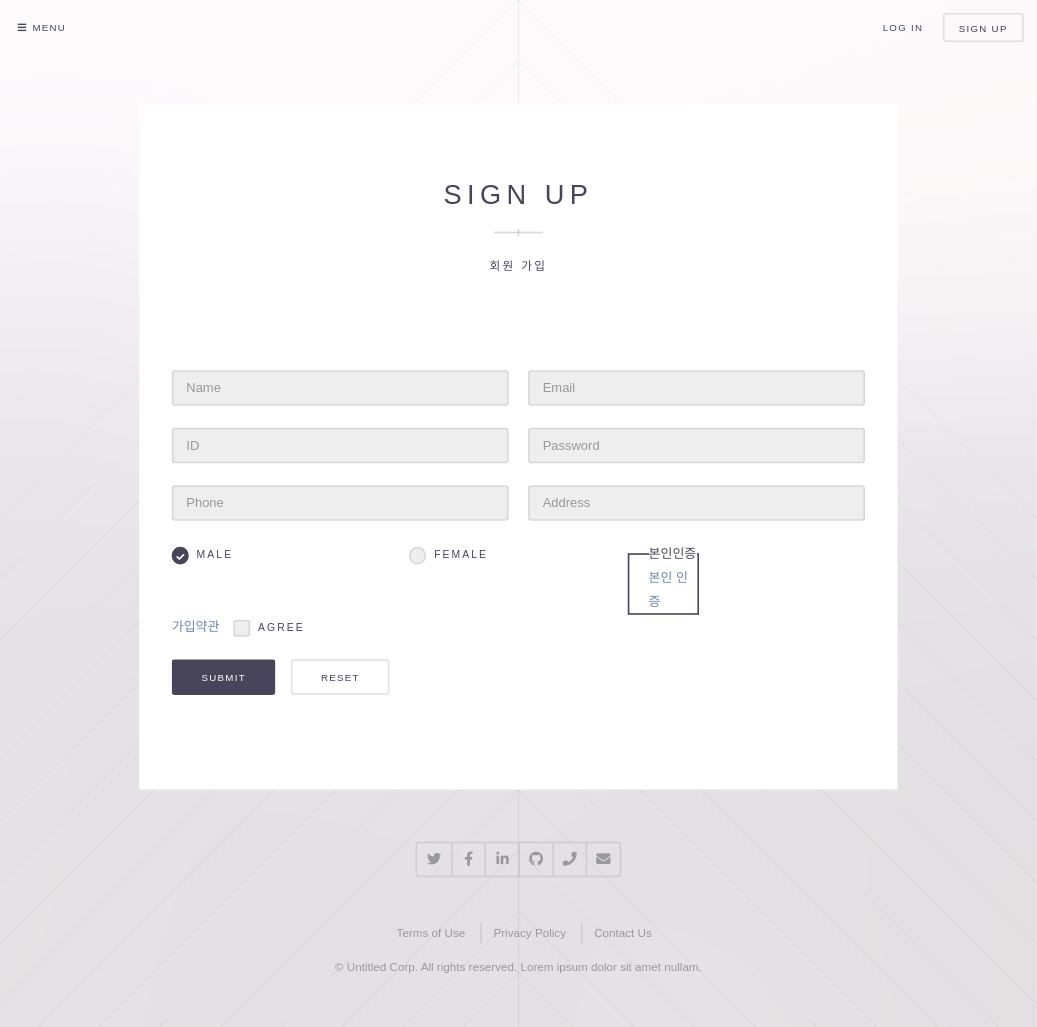
Repository: WKMoon/JavaScript-Project
Page: myFront/WebContent/signup.html
The author's editor kept a copy of each file at every save. The page is drawn from the files as they stood at one save, then again after the next save.
The browser window is 1280 px wide. The pictures show the whole page, at 81% of full size.
Some web fonts or font styles are not loaded; a fallback is used.

Above is the page before, as saved 2021-03-01 22:49:47.

### myFront/WebContent/signup.html
<!DOCTYPE html>
<html>
<head>
<meta charset="UTF-8">
<meta name="viewport" content="width=device-width, initial-scale=1, user-scalable=no" />
<link rel="stylesheet" href="assets/css/main.css" />
<title>Sign Up</title>
</head>
	<body class="is-preload">

		<!-- Header -->
			<header id="header">
				<a href="#menu">Menu</a>
				<a href="login.html">Log In</a>
				<a href="signup.html" class="button">Sign Up</a>
			</header>

		<!-- Nav -->
			<nav id="menu">
				<ul class="links">
					<li><a href="index.html">Home</a></li>
<!-- 					<li><a href="generic.html">Generic</a></li>
					<li><a href="elements.html">Elements</a></li> -->
				</ul>
				<ul class="actions stacked">
					<li><a href="login.html" class="button primary fit">Log In</a></li>
					<li><a href="signup.html" class="button fit">Sign Up</a></li>
				</ul>
			</nav>


		<!-- Main -->
			<section id="main" class="wrapper style1">
				<div class="inner">

					<!-- Title -->
						<header class="major special">
							<h1>Sign Up</h1>
							<p>회원 가입</p>
						</header>

					<!-- Content -->
						<div class="content">
							<form method="post" action="#">
											<div class="row">
												<div class="col-6 col-12-xsmall">
													<input type="text" name="name" id="name" value="" placeholder="Name" />
												</div>
												<div class="col-6 col-12-xsmall">
													<input type="email" name="email" id="email" value="" placeholder="Email" />
												</div>

												<div class="col-6 col-12-xsmall">
													<input type="text" name="id" id="id" value="" placeholder="ID" />
												</div>

												<div class="col-6 col-12-xsmall">
													<input type="password" name="pw" id="pw" value="" placeholder="Password" />
												</div>

												<div class="col-6 col-12-xsmall">
													<input type="text" name="pn" id="pn" value="" placeholder="Phone" />
												</div>

												<div class="col-6 col-12-xsmall">
													<input type="text" name="addr" id="addr" value="" placeholder="Address" />
												</div>

												<!-- Break -->
												<div class="col-4 col-12-small">
													<input type="radio" id="priority-low" name="priority" checked>
													<label for="priority-low">Male</label>
												</div>
												<div class="col-4 col-12-small">
													<input type="radio" id="priority-normal" name="priority">
													<label for="priority-normal">Female</label>
												</div>
												<!-- Break -->
												<fieldset style="border:2px solid; width:10%;">
												<legend>본인인증</legend>

												<div>
													<a href="identification.html"style="text-decoration: none;">본인 인증</a>
												</div>
												</fieldset>


												<div class="col-6 col-12-small">
													<a href="agreement.html"style="text-decoration: none;">가입약관</a>
													<input type="checkbox" id="agree" name="agree">
													<label for="agree" style="margin-left:3%">Agree</label>
												</div>
												<!-- Break -->

												<!-- Break -->
												<div class="col-12">
													<ul class="actions">
														<li><input type="submit" value="Submit" class="primary" /></li>
														<li><input type="reset" value="Reset" /></li>
													</ul>
												</div>
											</div>
										</form>
						</div>

				</div>
			</section>

		<!-- Footer -->
			<footer id="footer">
				<ul class="alt-icons">
					<li><a href="#" class="icon brands fa-twitter"><span class="label">Twitter</span></a></li>
					<li><a href="#" class="icon brands fa-facebook-f"><span class="label">Facebook</span></a></li>
					<li><a href="#" class="icon brands fa-linkedin-in"><span class="label">LinkedIn</span></a></li>
					<li><a href="#" class="icon brands fa-github"><span class="label">GitHub</span></a></li>
					<li><a href="#" class="icon solid fa-phone"><span class="label">Phone</span></a></li>
					<li><a href="#" class="icon solid fa-envelope"><span class="label">Email</span></a></li>
				</ul>
				<ul class="menu">
					<li><a href="#">Terms of Use</a></li>
					<li><a href="#">Privacy Policy</a></li>
					<li><a href="#">Contact Us</a></li>
				</ul>
				<p class="copyright">
					&copy; Untitled Corp. All rights reserved. Lorem ipsum dolor sit amet nullam.
				</p>
			</footer>

		<!-- Scripts -->
			<script src="assets/js/jquery.min.js"></script>
			<script src="assets/js/jquery.scrolly.min.js"></script>
			<script src="assets/js/jquery.scrollex.min.js"></script>
			<script src="assets/js/browser.min.js"></script>
			<script src="assets/js/breakpoints.min.js"></script>
			<script src="assets/js/util.js"></script>
			<script src="assets/js/main.js"></script>

	</body>
</html>

Loaded but not shown: myFront/WebContent/assets/js/jquery.min.js (library); myFront/WebContent/assets/js/jquery.scrolly.min.js (common file); myFront/WebContent/assets/js/jquery.scrollex.min.js (common file); myFront/WebContent/assets/js/browser.min.js (common file); myFront/WebContent/assets/js/breakpoints.min.js (common file); myFront/WebContent/assets/css/fontawesome-all.min.css (library); myFront/WebContent/assets/js/util.js (587 lines, source omitted); myFront/WebContent/assets/js/main.js (57 lines, source omitted); myFront/WebContent/assets/css/main.css (4487 lines, source omitted)

After the next save:
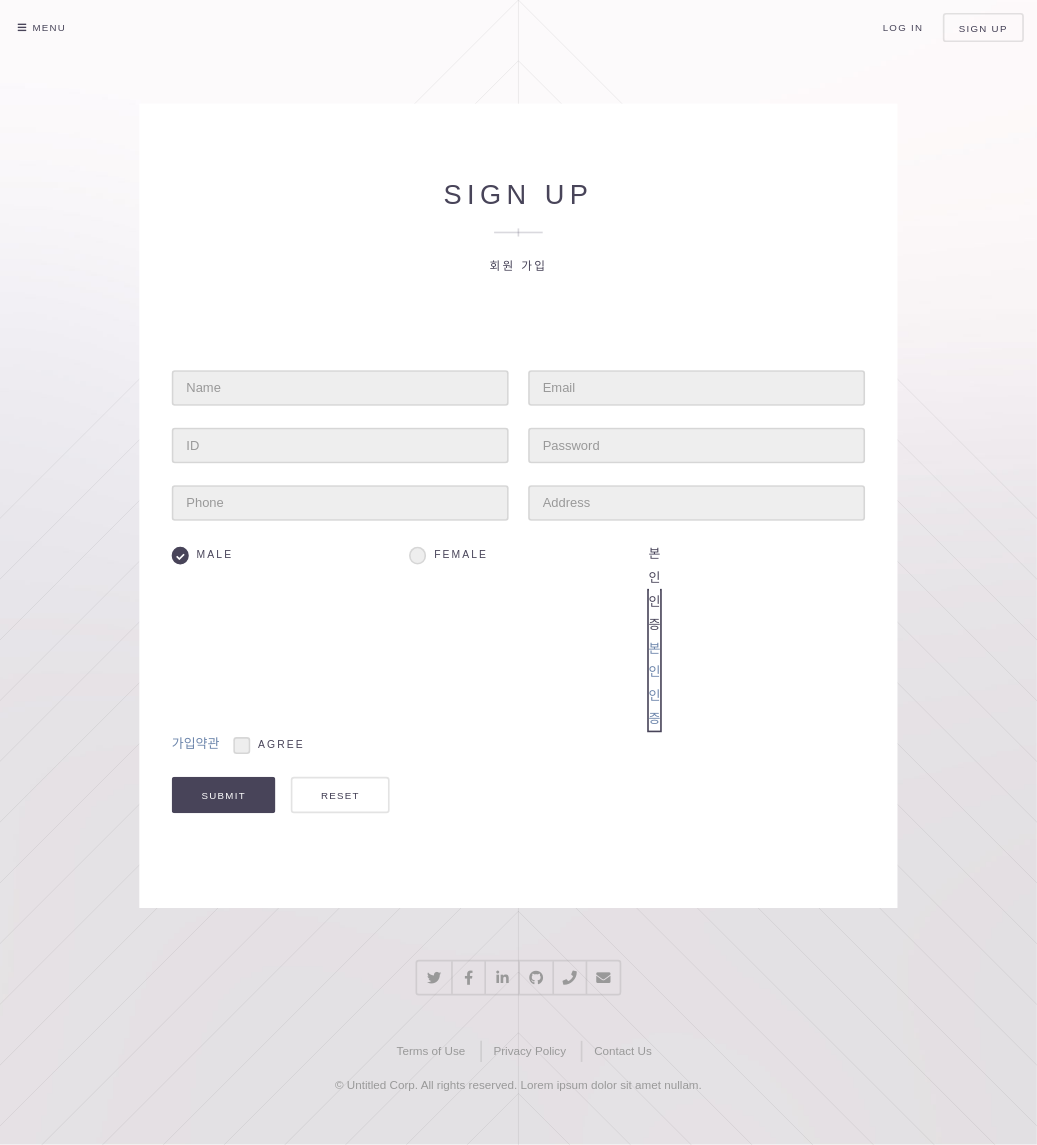
Saved 17 s later.
--- a/myFront/WebContent/signup.html
+++ b/myFront/WebContent/signup.html
@@ -76,14 +76,13 @@
 													<label for="priority-normal">Female</label>
 												</div>
 												<!-- Break -->
-												<fieldset style="border:2px solid; width:10%;">
-												<legend>본인인증</legend>
 
 												<div>
+													<fieldset style="border:2px solid; width:10%;">
+													<legend>본인인증</legend>
 													<a href="identification.html"style="text-decoration: none;">본인 인증</a>
+													</fieldset>
 												</div>
-												</fieldset>
-
 
 												<div class="col-6 col-12-small">
 													<a href="agreement.html"style="text-decoration: none;">가입약관</a>
